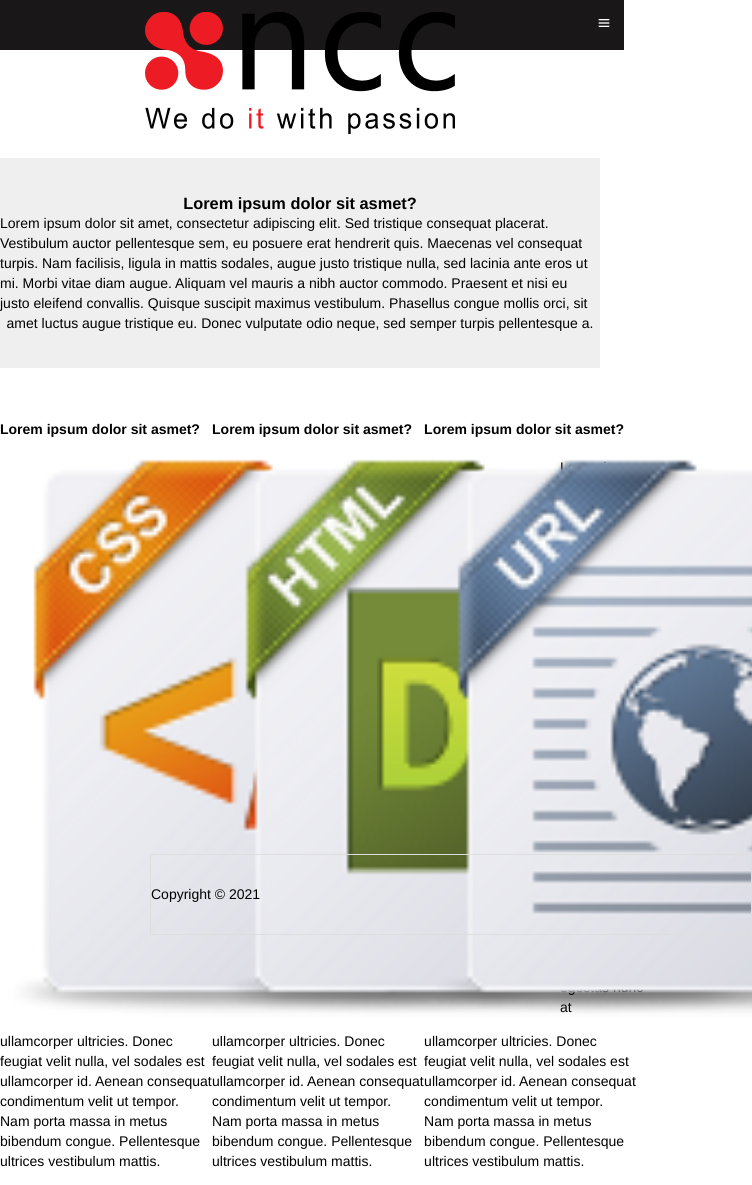
Repository: HoanTiny/ncc
Page: index.html
An editor plug-in stored every save of this project. The page is shown before and after the next save, followed by the edit.
The browser window is 600 px wide. The page is 752 px wide, so the pictures cover 752 px, including what lies to the right of the window. The pictures show the whole page.

Above is the page before, as saved 2023-03-30 21:11:10.

After the next save:
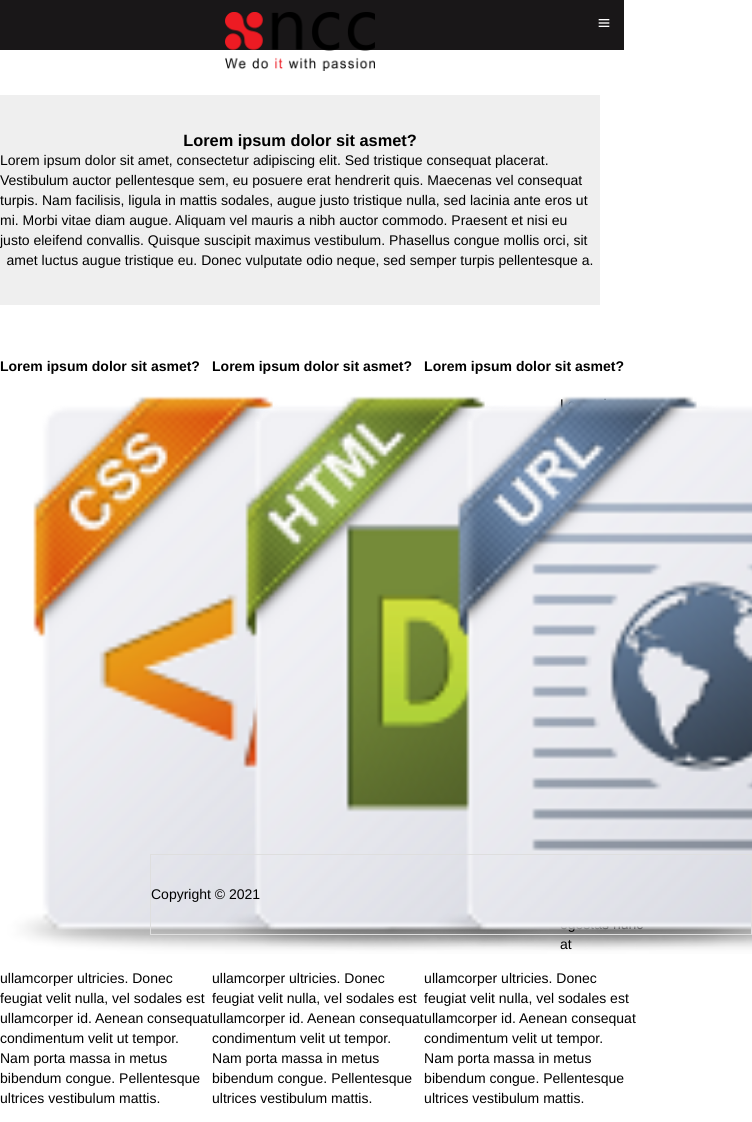
Saved 33 s later.
--- a/style.css
+++ b/style.css
@@ -158,4 +158,8 @@
     .content_text h3 {
         margin: 0;
     }
+
+    .content_logo img {
+        width: 150px;
+    }
 }
